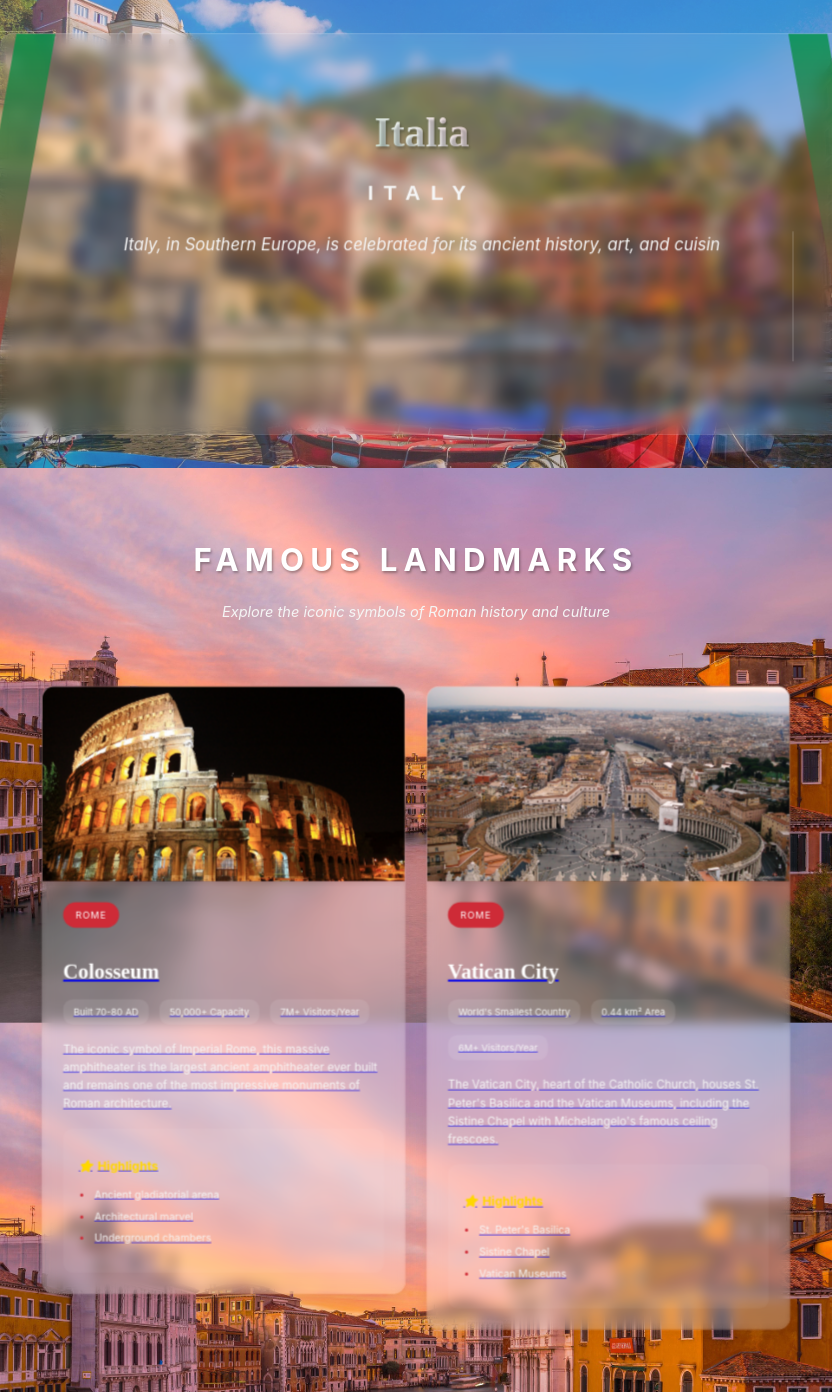
Repository: huang-heavenly-Emperor/NewYork
Page: italy.html
These files come from the project's save history. The page is drawn as it stood at one moment and after the next save; the edit follows.
The browser window is 1280 px wide. The pictures show the whole page, at 65% of full size.
Pictures or frames that could not be fetched are drawn as grey boxes. Backgrounds fixed to the window are drawn as part of the page.

Above is the page before, as saved 2025-02-19 15:16:41.

After the next save:
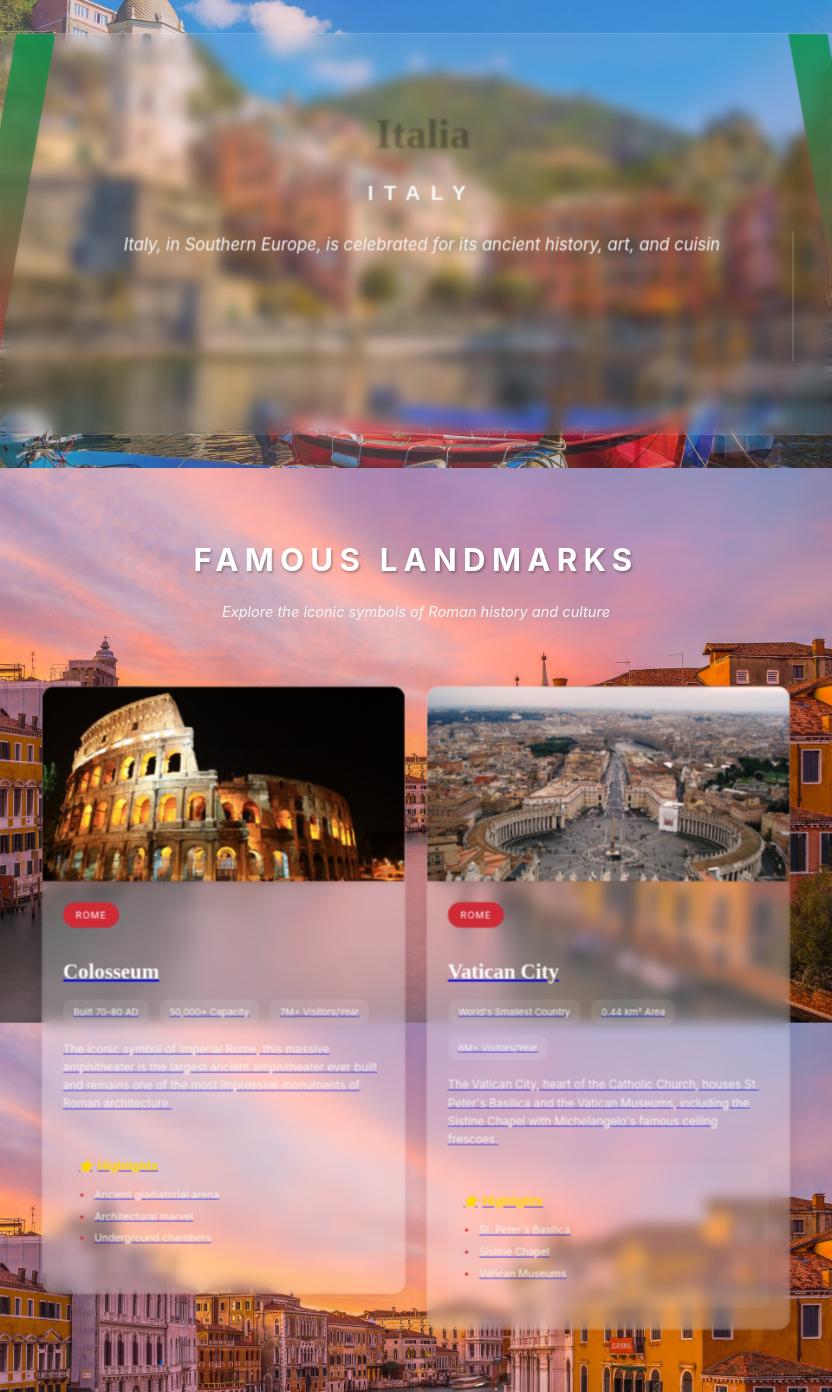
Saved 29 s later.
--- a/css/italy.css
+++ b/css/italy.css
@@ -129,11 +129,7 @@
     animation: titleReveal 1s ease-out forwards;
     animation-delay: 0.5s;
     font-family: 'Playfair Display', serif;
-    background: linear-gradient(45deg,
-        var(--italian-green),
-        var(--italian-white),
-        var(--italian-red)
-    );
+
     -webkit-background-clip: text;
     -webkit-text-fill-color: transparent;
 }

After the save that followed:
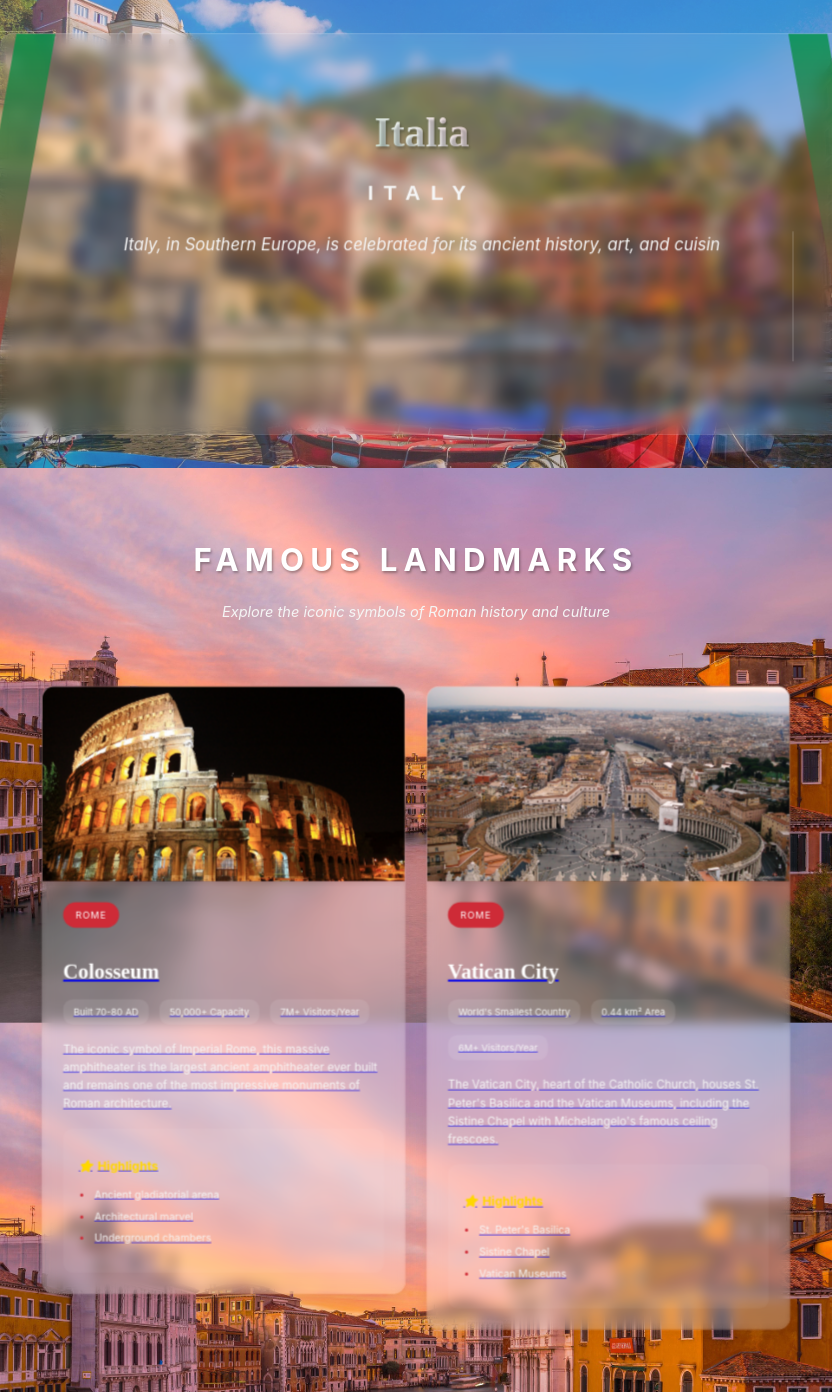
Saved 6 s later.
--- a/css/italy.css
+++ b/css/italy.css
@@ -129,7 +129,11 @@
     animation: titleReveal 1s ease-out forwards;
     animation-delay: 0.5s;
     font-family: 'Playfair Display', serif;
-
+    background: linear-gradient(45deg,
+        var(--italian-green),
+        var(--italian-white),
+        var(--italian-red)
+    );
     -webkit-background-clip: text;
     -webkit-text-fill-color: transparent;
 }
